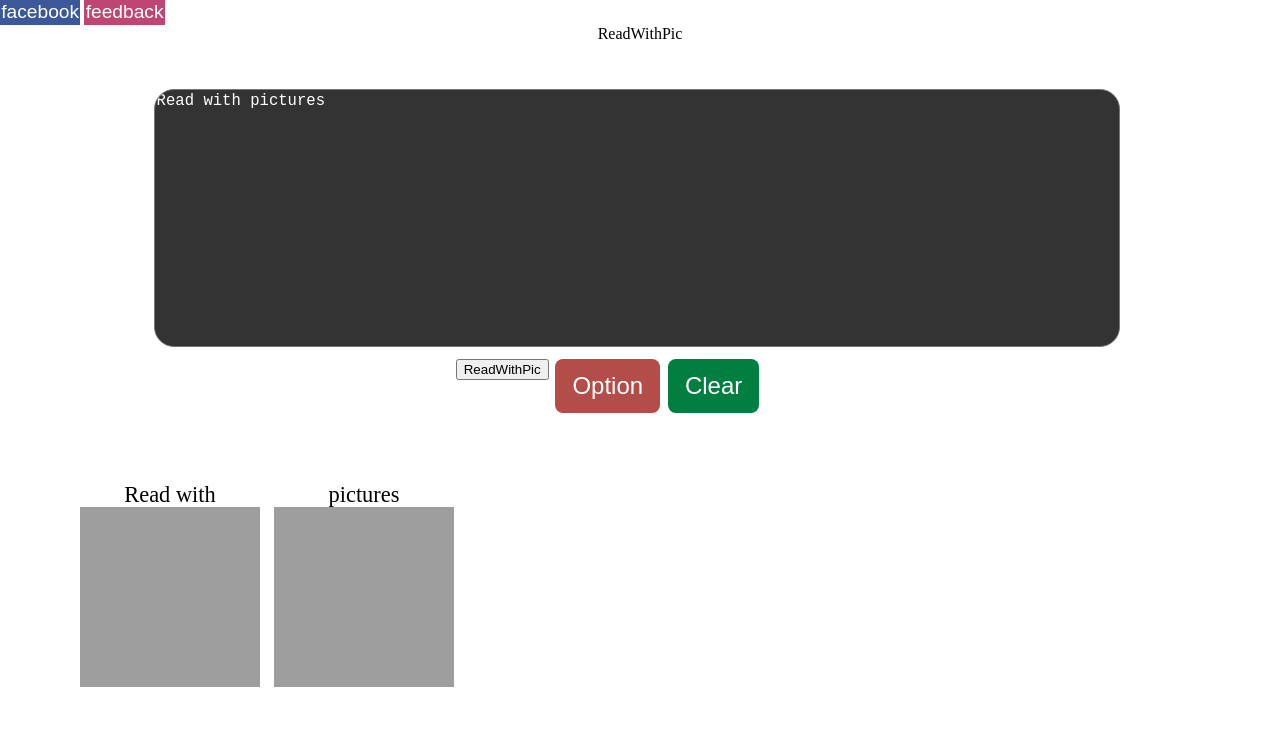
Repository: readwithpic/readwithpic.github.io
Page: index.html
The author's editor kept a record of every edit. The page is drawn from the files as they stood at one moment, then again after the next edit.
The browser window is 1280 px wide. The pictures show the whole page.
Pictures or frames that could not be fetched are drawn as grey boxes. Some web libraries are served in a nearby version.

Above is the page before.
Console error: TypeError: Cannot read properties of undefined (reading 'length')

After the next edit:
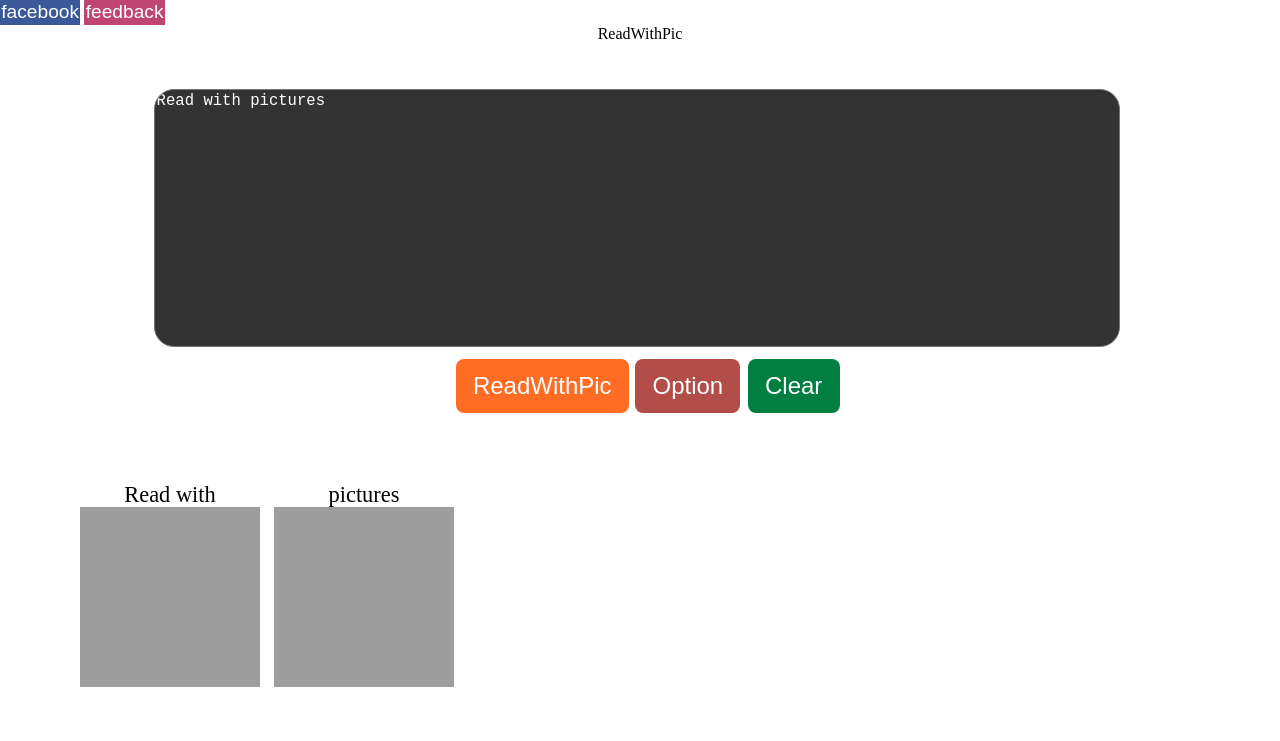
The edit:
--- a/index.html
+++ b/index.html
@@ -52,7 +52,7 @@
                             <div class="bounce3"></div>
                         </div>
                     </div>
-                    <button type="button" id="convert">ReadWithPic</button>
+                    <button type="button" id="readwithpic">ReadWithPic</button>
                     <button type="button" id="option"><span id='optionText'>Option</span><span id='optionClose'>X</span></button>
                     <button type="button" id="clear">Clear</button>
                 </div>
